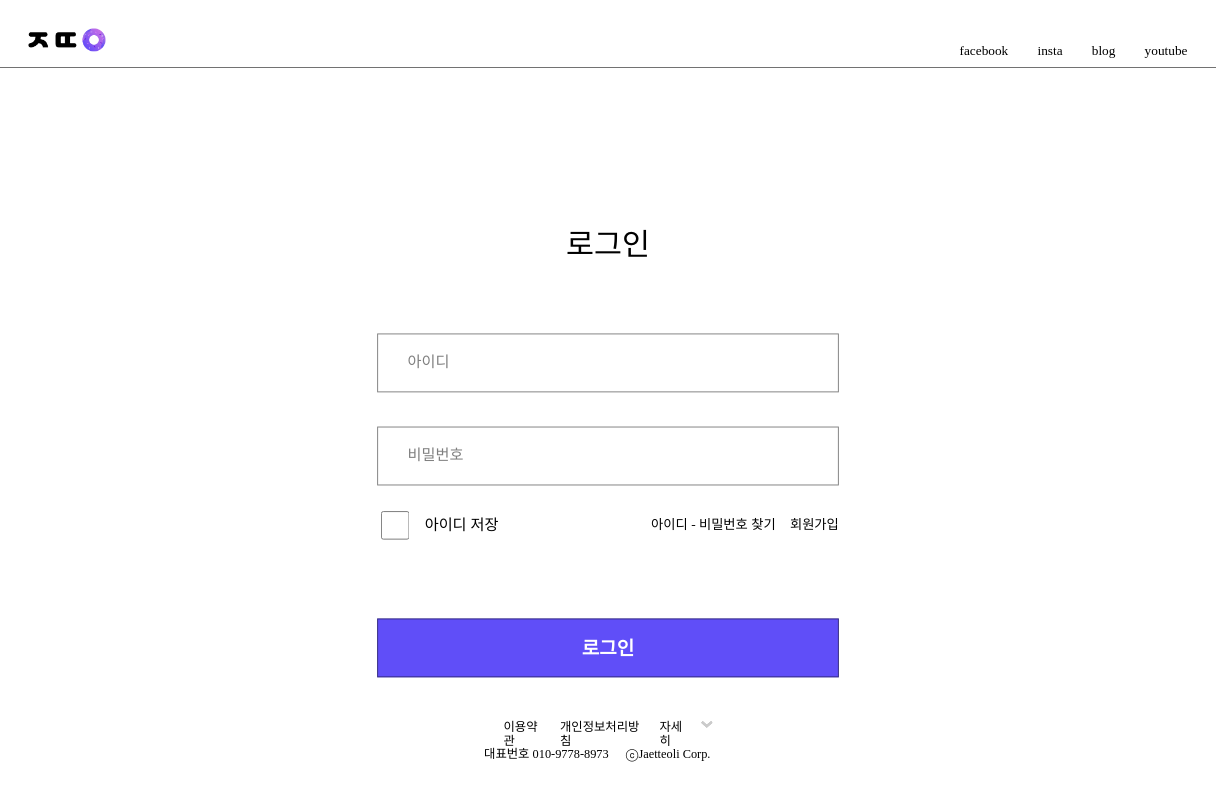
Repository: raoniee/Jaetteoli-React-Project
Page: /login
These files come from the project's save history. The page is drawn as it stood at one moment and after the next save; the edit follows.
The browser window is 1280 px wide. The pictures show the whole page, at 95% of full size.
Some web fonts or font styles are not loaded; a fallback is used. The project was rebuilt for these pictures with package versions that can differ from the ones it lists, and the page was loaded fresh each time. Also part of the build but not shown: src/component/main/ManageReview.module.css, src/component/main/ReviewContainer.module.css, src/component/main/ReviewItem.module.css, src/component/main/ReviewItem.js, src/component/main/ReviewContainer.js, src/component/sidebar/SideBar.module.css, src/component/sidebar/SideBar.js, src/component/main/ManageReview.js and 53 more.

Above is the page before, as saved 2023-07-06 21:53:52.

### public/index.html
<!DOCTYPE html>
<html lang="en">
<script src="//t1.daumcdn.net/mapjsapi/bundle/postcode/prod/postcode.v2.js"></script>
<head>
  <meta charset="utf-8" />
  <link rel="icon" href="%PUBLIC_URL%/favicon.ico" />
  <meta name="viewport" content="width=device-width, initial-scale=1" />
  <meta name="theme-color" content="#000000" />
  <meta name="description" content="Web site created using create-react-app" />
  <link rel="apple-touch-icon" href="%PUBLIC_URL%/logo192.png" />
  <link rel="manifest" href="%PUBLIC_URL%/manifest.json" />
  <title>재떨이</title>
</head>

<body>
  <div id="overlays"></div>
  <div id="root"></div>
</body>

</html>

### src/App.js
import Header from "./component/header/Header";
import ManageReview from "./component/main/ManageReview";
import TodayMenu from "./component/main/TodayMenu";
import TodayOrder from "./component/main/TodayOrder";
import ManageSale from "./component/main/ManageSale";

// Membership
import MembershipStart from "./component/memberShip/MembershipStart";
import MembershipInformation from "./component/memberShip/MembershipInformation";
import MembershipEnd from "./component/memberShip/MembershipEnd";

// login
import LoginStart from "./component/login/LoginStart";
import IDSearch from "./component/login/IDSearch";
import IDShow from "./component/login/IDShow";
import PasswordNew from "./component/login/PasswordNew";

import Regist1 from "./component/register/Regist1";
import Regist2 from "./component/register/Regist2";
import Regist3 from "./component/register/Regist3";

import { RouterProvider, createBrowserRouter } from "react-router-dom";
import SideBar from "./component/sidebar/SideBar";
import Home from "./component/home/Home";

const router = createBrowserRouter([
  { path: "/", element: <Home /> },
  // Membership
  { path: "/signup/agree", element: <MembershipStart /> },
  { path: "/signup/begin", element: <MembershipInformation /> },
  { path: "/signup/complete", element: <MembershipEnd /> },
  // login
  { path: "/login", element: <LoginStart /> },
  { path: "/help", element: <IDSearch /> },
  { path: "/help/complete", element: <IDShow /> },
  { path: "/help/new-pw", element: <PasswordNew /> },
  //
  { path: "/today/menu", element: <TodayMenu /> },
  { path: "/today/order", element: <TodayOrder /> },
  { path: "/review", element: <ManageReview /> },
  { path: "/sales", element: <ManageSale /> },
  { path: "/register/store", element: <Regist1 /> },
  { path: "/register/menu", element: <Regist2 /> },
  { path: "/register/origin", element: <Regist3 /> },
]);

function App() {
  return <RouterProvider router={router} />;
}

export default App;

### src/store/index.js
import React from 'react';
import { configureStore } from '@reduxjs/toolkit';
import authReducer from './auth'

export default configureStore({
    reducer: {
        auth: authReducer
    },
})

### src/component/header/Header.js
import Nav from './Nav';
import style from './Header.module.css'
import logo from '../../assets/images/logo.png'

const Header = () => {
    return (
        <header>
            <div className={style.logo}>
                <img className={style.logoImg} src={logo}></img>
            </div>
            <Nav />
        </header>
    )
}

export default Header;

### src/component/login/LoginStart.jsx
import React, { useState } from "react";
import style from "./LoginStart.module.css";
import { useDispatch, useSelector } from "react-redux";
import { login } from "../../store/auth";
import { useNavigate } from "react-router-dom";
import Header from "../header/Header";
import Footer from "../footer/Footer";

export default function LoginStart() {
  const [inputId, setInputId] = useState("");
  const [inputPw, setInputPw] = useState("");
  const dispatch = useDispatch();
  const auth = useSelector((state) => state.auth.value);
  const navigate = useNavigate();

  const handleInputId = (e) => {
    setInputId(e.target.value);
  };

  const handleInputPw = (e) => {
    setInputPw(e.target.value);
  };

  async function onClickLogin() {
    if (inputId.trim() === "" || inputPw.trim() === "") {
      console.log("아이디또는 비밀번호를 입력해주세요.");
      return;
    }

    const requestBody = {
      uid: inputId,
      password: inputPw,
    };

    console.log(requestBody);
    const response = await fetch("https://www.insung.shop/jat/sellers/login", {
      method: "POST",
      headers: {
        "Content-Type": "application/json",
      },
      body: JSON.stringify(requestBody),
    });

    const data = await response.json();
    if (!data["isSuccess"]) {
      console.log(data["message"]);
      return;
    }
    const loginSuccess = data["result"];
    dispatch(
      login({
        jwt: loginSuccess.jwt,
        name: loginSuccess.name,
        firstLogin: loginSuccess["first_login"],
        menuRegister: loginSuccess["menu_register"],
      })
    );

    console.log(loginSuccess["first_login"]);
    console.log(loginSuccess["menu_register"]);
    if (
      loginSuccess["first_login"] === 1 &&
      loginSuccess["menu_register"] === 1
    ) {
      // alert('관리자가 승인 후에 이용가능합니다.')
      return navigate("/register/store");
    } else if (
      loginSuccess["first_login"] === 0 &&
      loginSuccess["menu_register"] === 1
    ) {
      alert("관리자가 승인 후에 이용가능합니다.");
      return navigate("/register/menu");
    } else {
      return navigate("/today/menu");
    }
  }

  return (
    <div className={style.container}>
      <Header />
      <div className={style.LoginStart}>
        <span className={style.title}>로그인</span>
        <form action="" className={style.LOGIN_FORM}>
          <input
            type="text"
            placeholder="아이디"
            className={style.id}
            onChange={handleInputId}
          />
          <input
            type="text"
            placeholder="비밀번호"
            className={style.password}
            onChange={handleInputPw}
          />
        </form>
        <div className={style.login_options}>
          <div className={style.left}>
            <input type="checkbox" className={style.checkbox} />
            <label htmlFor="">아이디 저장</label>
          </div>
          <div className={style.right}>
            <p>아이디 - 비밀번호 찾기</p>
            <p>회원가입</p>
          </div>
        </div>
        <button className={style.bluebutton} onClick={onClickLogin}>
          로그인
        </button>
      </div>
      <Footer />
    </div>
  );
}

### src/store/auth.js
import { createSlice } from '@reduxjs/toolkit';

const initialStateValue = { jwt: '', name: '', firstLogin: 1, menuRegister: 1 }

export const authSlice = createSlice({
    name: "auth",
    initialState: { value: { jwt: '', name: '', firstLogin: 1, menuRegister: 1 } },
    reducers: {
        login: (state, action) => {
            state.value = action.payload
        },
        logout: (state) => {
            state.value = initialStateValue
        }
    },
});

export default authSlice.reducer;
export const { login, logout } = authSlice.actions;

### src/component/header/Nav.js
import style from './Nav.module.css'

const Nav = () => {
    return(
        <nav className={style.nav}>
            <ul className={style.navList}>
                <li>facebook</li>
                <li>insta</li>
                <li>blog</li>
                <li>youtube</li>
            </ul>
        </nav>
    )
}

export default Nav;

### src/component/header/Header.module.css
header {
    font-family: "Pretendard-SemiBold";
    width: 100%;
    height: 72px;
    display: flex;
    align-items: flex-end;
    justify-content: space-between;
    padding: 10px 30px;
    box-sizing: border-box;
    position: fixed;
    top: 0;
    left: 0;
    background-color: white;
    z-index: 1;
    border-bottom: 1px solid black;
}

.logoImg {
    width: 81px;
    height: 24px;
    margin-bottom: 4px;
}

### src/component/footer/Footer.jsx
import React from "react";
import style from "./Footer.module.css";
import { ReactComponent as ArrowDown } from '../../assets/images/arrow_down.svg'

export default function Footer() {
  return (
    <footer>
      <ul className={style.top}>
        <li>이용약관</li>
        <li>개인정보처리방침</li>
        <li>
          <p>자세히</p>
          <ArrowDown></ArrowDown>
        </li>
      </ul>
      <ul className={style.bottom}>
        <li>대표번호 010-9778-8973</li>
        <li>ⓒJaetteoli Corp.</li>
      </ul>
    </footer>
  );
}

### src/component/login/LoginStart.module.css
.container {
  display: flex;
  flex-direction: column;
}

.LoginStart {
  display: block;
  margin: 0 auto;
  margin-top: 240px;
  margin-bottom: 45px;
}

.title {
  display: block;
  text-align: center;
  font-weight: 300;
  font-size: 32px;
  line-height: 35.2px;
  margin-bottom: 76px;
}

.LOGIN_FORM {
  display: flex;
  flex-direction: column;
  gap: 36px;
  margin-bottom: 24px;
}

.LOGIN_FORM input {
  height: 62px;
  border: 1px solid rgba(0, 0, 0, 0.5);
  padding-left: 31px;
}

.LOGIN_FORM input::placeholder {
  font-weight: 300;
  font-size: 16px;
  line-height: 17.6px;
  color: rgba(0, 0, 0, 0.5);
}

.login_options {
  display: flex;
  justify-content: space-between;
  margin-bottom: 80px;
}

.login_options .left {
  display: flex;
  gap: 13px;
}

.login_options .left .checkbox {
  width: 30px;
  height: 30px;
}

.login_options .left label {
  display: block;
  font-weight: 300;
  font-size: 16px;
  line-height: 35px;
}

.login_options .right {
  display: flex;
  gap: 15px;
  font-weight: 300;
  font-size: 14px;
  line-height: 35px;
}

.bluebutton {
  display: block;
  margin: 0 auto;
  width: 486px;
  height: 62px;
  border: 1px solid rgba(0, 0, 0, 0.5);
  background-color: rgba(96, 78, 248, 1);
  font-weight: 700;
  font-size: 20px;
  line-height: 22px;
  color: rgba(255, 255, 255, 1);
}

### src/component/header/Nav.module.css
.nav {
    font-family: "Pretendard-Regular";
    font-size: 14px;
}

.navList {
    width: 240px;
    display: flex;
    justify-content: space-between;
}

### src/component/memberShip/AgreeAlert.module.css
* {
  font-family: "Fira Sans";
  box-sizing: border-box;
}

.wrap {
  position: absolute;
  top: 50%;
  left: 50%;
  transform: translate(-50%, -50%);
  width: 771px;
  height: 568px;
}

.top {
  display: flex;
  justify-content: space-between;
  background-color: #604ef8;
  height: 55.8px;
}

.top .title {
  font-weight: 500;
  font-size: 14px;
  line-height: 55.8px;
  color: #ffffff;
  margin-left: 31px;
}

.top .close {
  margin-top: 22px;
  margin-right: 32px;
  cursor: pointer;
}

.middle {
  background: white;
  padding: 20px 30px;
}

.middle .information ul {
  display: flex;
  margin-bottom: 15px;
}

.middle .information ul li {
  font-weight: 500;
  font-size: 13px;
  line-height: 15.6px;
}

.middle .information ul li:nth-child(1) {
  flex-grow: 15;
}
.middle .information ul li:nth-child(2) {
  text-align: right;
  flex-grow: 1;
}
.middle .information ul li:nth-child(3) {
  text-align: right;
  flex-grow: 1;
}

.middle .information p {
  padding: 10px 7px;
  height: 360.97px;
  font-weight: 400;
  font-size: 11px;
  line-height: 13.2px;
  border: 1px solid #dadada;
  overflow-y: scroll;
}

.bottom {
  position: relative;
  height: 82px;
  background-color: #f6f6f6;
}

.bottom button {
  position: absolute;
  bottom: 21px;
  right: 30.5px;
  width: 97.5px;
  height: 31px;
  border: 1px solid #604ef8;
  border-radius: 5px;
  cursor: pointer;
}

### src/component/footer/Footer.module.css
/* * {
  outline: 1px solid #363;
} */

footer {
  height: 71px;
  font-weight: 300;
  font-size: 13px;
  line-height: 14.3px;
}

footer ul {
  display: flex;
}

.top {
  width: 220px;
  gap: 14px;
  margin: 0 auto;
}

.top li {
  display: flex;
}

.top li p {
  margin-right: 10px;
}

.bottom {
  width: 261px;
  gap: 18px;
  margin: 0 auto;
}

### src/component/home/Login.module.css
.btnContainer {
    width: 276px;
    height: 48px;
    display: flex;
    justify-content: space-around;
}

button {
    width: 114px;
    height: 48px;
    border: 2px solid #604EF8;
    font-family: 'Pretendard-Regular';
    font-size: 18px;
}

.login {
    background-color: white;

}

.signup {
    background-color: #604EF8;
    color: white;
}

Loaded but not shown: src/index.js (common file); src/index.css (common file)

After the next save:
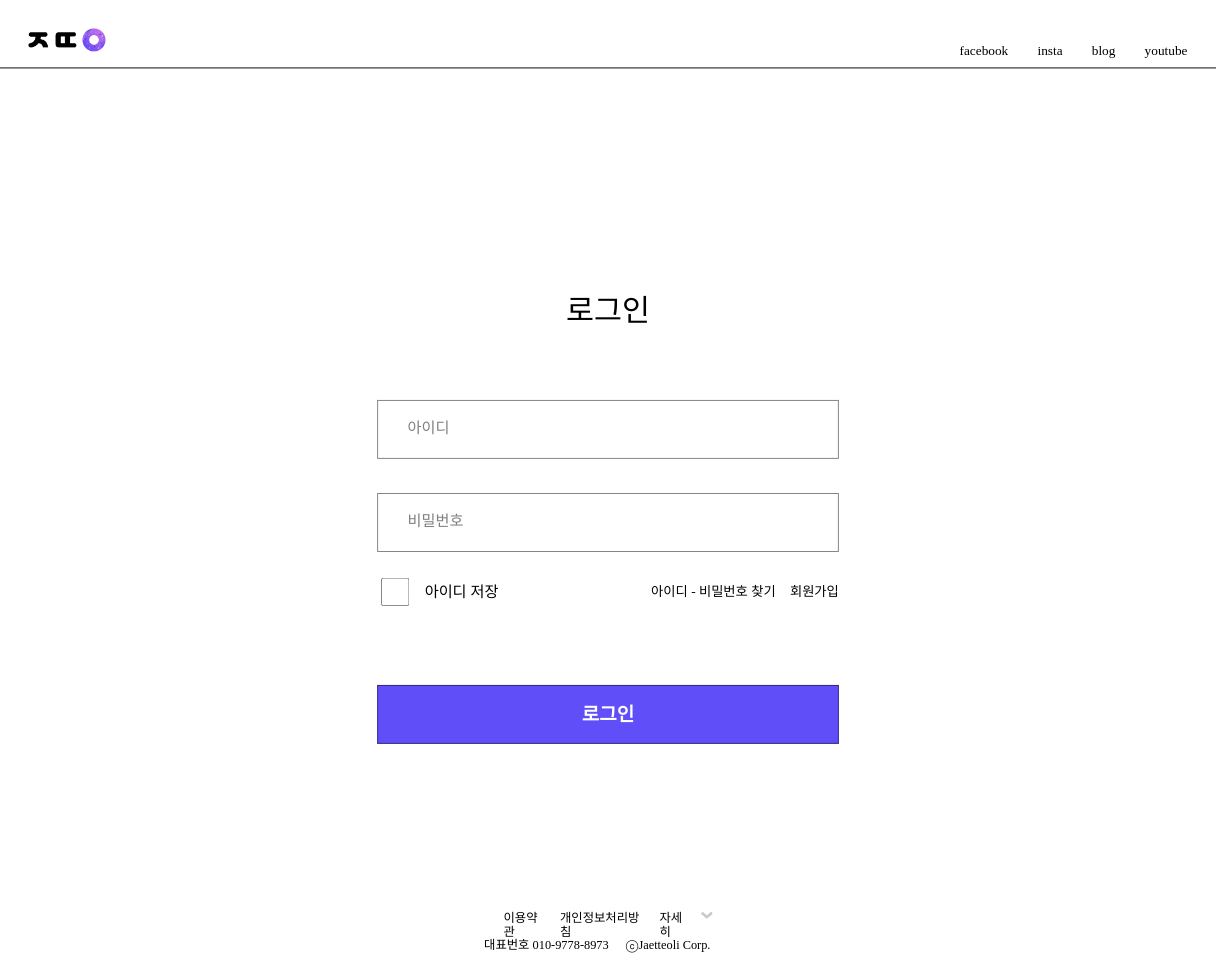
Saved 36 s later.
--- a/src/component/login/LoginStart.module.css
+++ b/src/component/login/LoginStart.module.css
@@ -6,8 +6,8 @@
 .LoginStart {
   display: block;
   margin: 0 auto;
-  margin-top: 240px;
-  margin-bottom: 45px;
+  margin-top: 310px;
+  margin-bottom: 176px;
 }
 
 .title {
